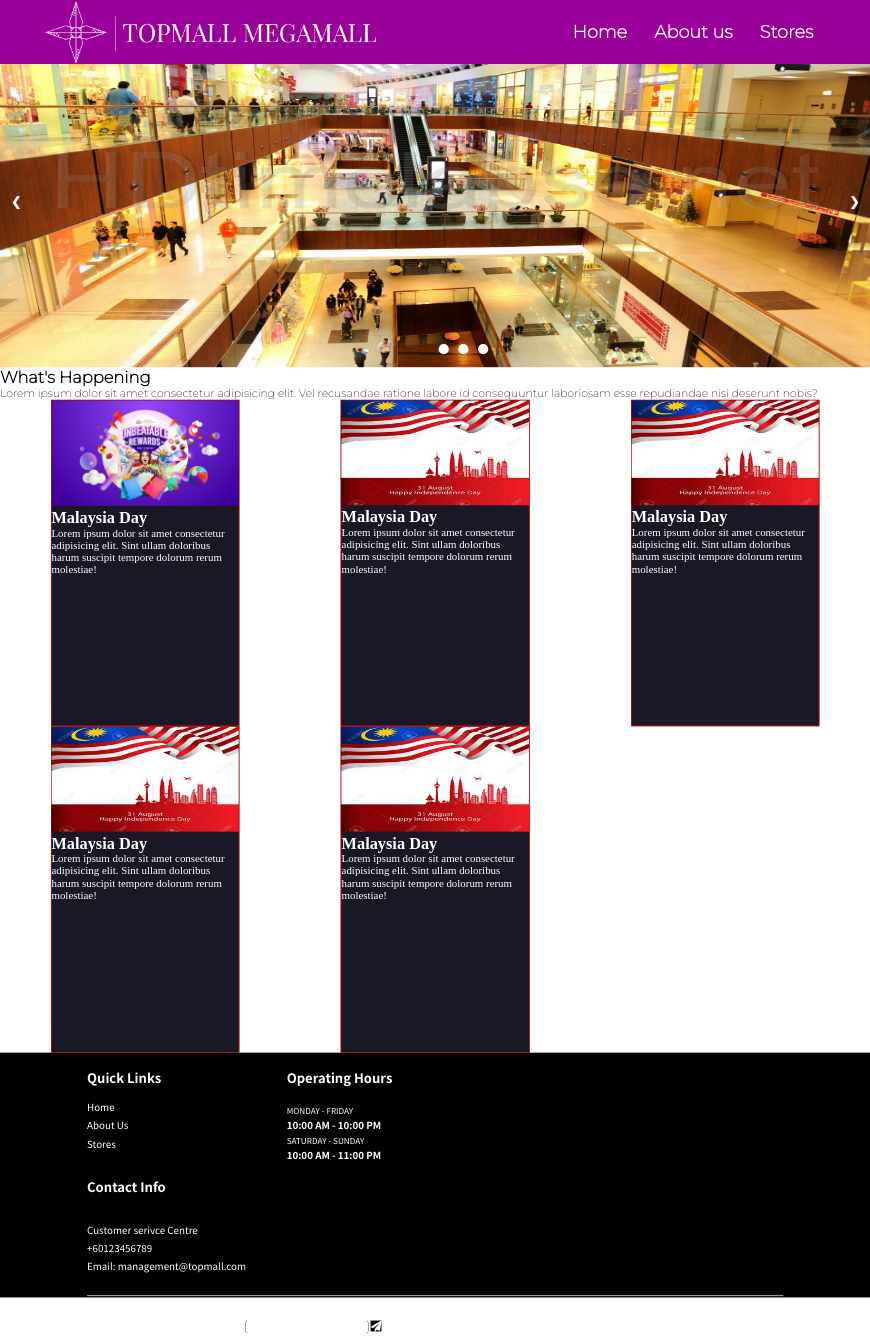
Repository: Jack0Bong/Web-Dev-Assignment
Page: index.html
An editor plug-in stored every save of this project. The page is shown before and after the next save, followed by the edit.
The browser window is 1280 px wide. The pictures show the whole page, at 68% of full size.

Above is the page before, as saved 2021-09-02 01:48:34.

After the next save:
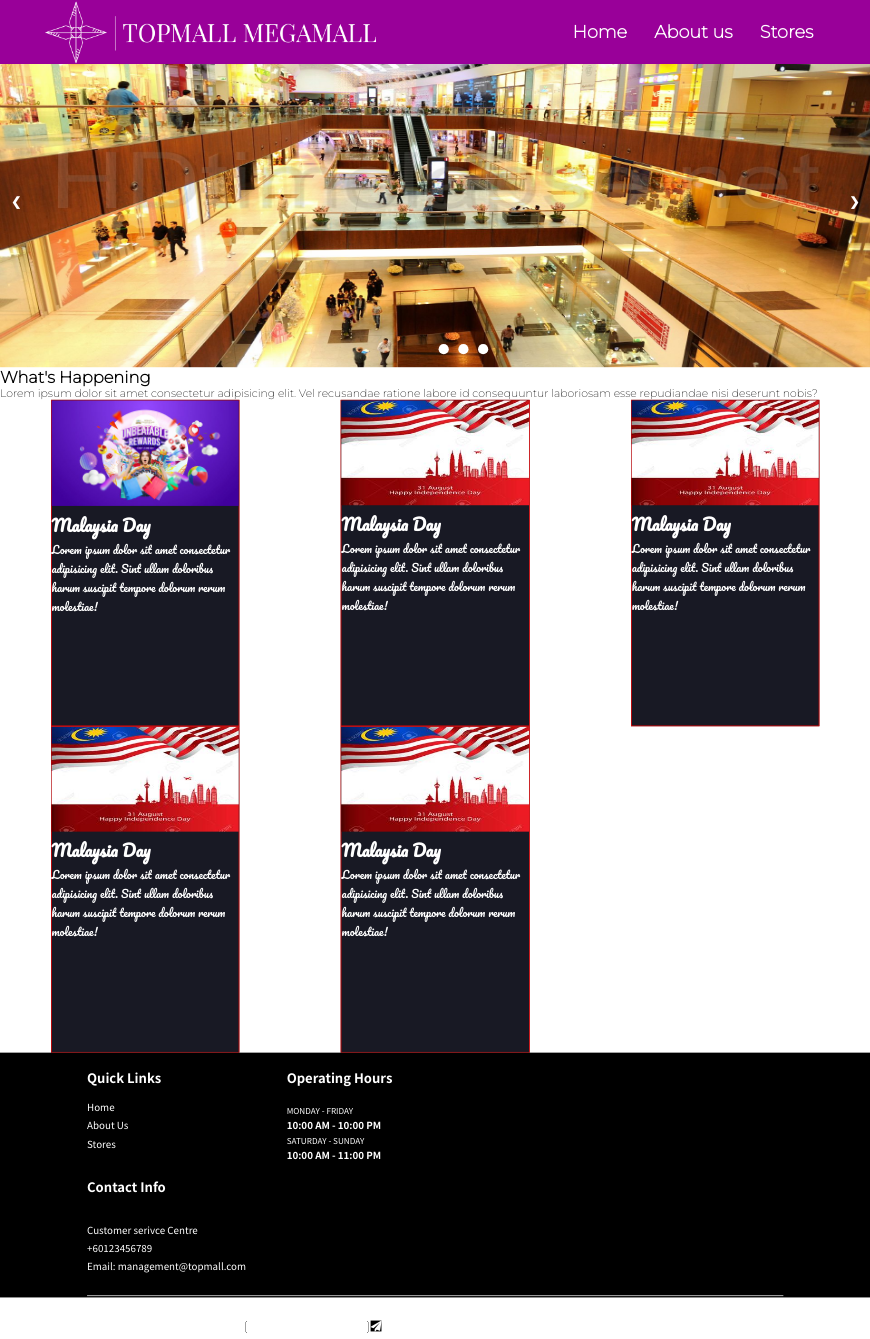
Saved 13 s later.
--- a/css/index.css
+++ b/css/index.css
@@ -100,6 +100,7 @@ to {opacity: 1}
     border: 1px solid red;
     background-color: #181924;
     color: white;
+    font-family: pacifico;
 }
 
 .card img{
